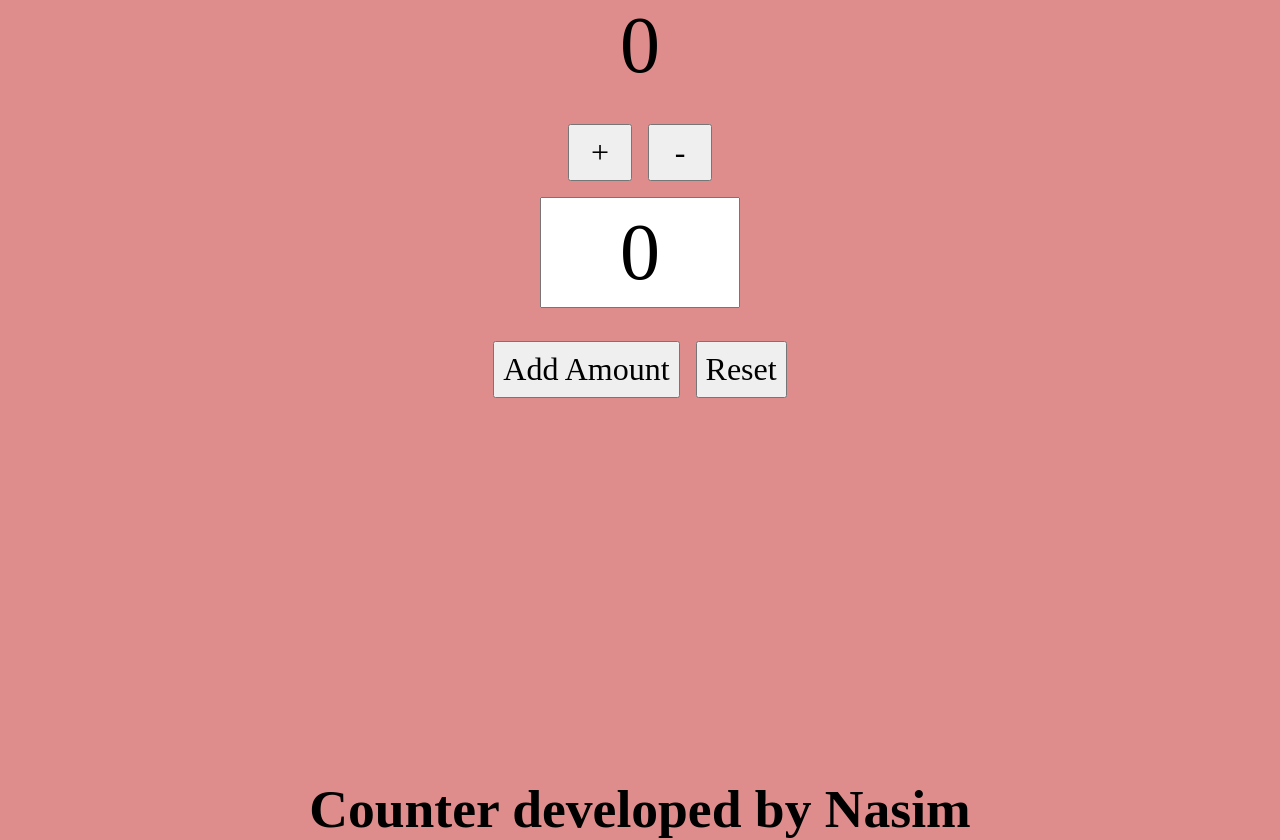
Repository: nasimqureshi/counter-in-redux
Page: /
The author's editor kept a copy of each file at every save. The page is drawn from the files as they stood at one save, then again after the next save.
The browser window is 1280 px wide. The pictures show the whole page.
The project was rebuilt for these pictures with package versions that can differ from the ones it lists, and the page was loaded fresh each time.

Above is the page before, as saved 2024-10-16 23:40:27.

### src/index.js
import React from 'react';
import ReactDOM from 'react-dom';
import './index.css';
import App from './App';
import { store } from './app/store';
import { Provider } from 'react-redux';

ReactDOM.render(
  <React.StrictMode>
    <Provider store={store}>
      <App />
    </Provider>
  </React.StrictMode>,
  document.getElementById('root')
);

### src/index.css
* {
  margin: 0;
  padding: 0;
  box-sizing: border-box;
}

body {
  min-height: 100vh;
  font-size: 5rem;
  display: grid;
  place-content: center;
  background-color: #df8c8c;
}

input,
button {
  font: inherit;
  padding: 0.5rem;
}

section {
  display: flex;
  flex-direction: column;
  justify-content: center;
  align-items: center;
}

input {
  text-align: center;
  max-width: 2.5em;
}

button {
  font-size: 2rem;
  margin: 0.5em 0 0.5em 0.5em;
  min-width: 2em;
}

button:first-child {
  margin-left: 0;
}

### src/App.js

import Counter from "./features/counter/Counter";
function App() {
  return (
    <div className="App">
      <Counter />
    </div>
  );
}

export default App;

### src/app/store.js
import { configureStore } from "@reduxjs/toolkit";
import counterReducer from '../features/counter/counterSlice';

export const store = configureStore({
  reducer: {
    counter: counterReducer,
  }
})

### src/features/counter/Counter.js
import { useSelector, useDispatch } from "react-redux";
import {
    increment,
    decrement,
    reset,
    incrementByAmount
} from './counterSlice';
import { useState } from "react";

const Counter = () => {
    const count = useSelector((state) => state.counter.count);
    const dispatch = useDispatch();

    const [incrementAmount, setIncrementAmount] = useState(0);

    const addValue = Number(incrementAmount) || 0;

    const resetAll = () => {
        setIncrementAmount(0);
        dispatch(reset());
    }

    return (
        <section>
            <p>{count}</p>
            <div>
                <button onClick={() => dispatch(increment())}>+</button>
                <button onClick={() => dispatch(decrement())}>-</button>
            </div>

            <input
                type="text"
                value={incrementAmount}
                onChange={(e) => setIncrementAmount(e.target.value)}
            />

            <div>
                <button onClick={() => dispatch(incrementByAmount(addValue))}>Add Amount</button>
                <button onClick={resetAll}>Reset</button>
                </div>

                <br />
                <br />
                <br />
                <br />
                <h6>Counter developed by Nasim</h6>
        </section>
    )
}
export default Counter

### src/features/counter/counterSlice.js
import { createSlice } from '@reduxjs/toolkit'

const initialState = {
  count: 0
}
export const counterSlice = createSlice({
    name:'counter',
    initialState,
    reducers: {
      increment: (state) => {
        state.count += 1;
      },
      decrement: (state) => {
        state.count -= 1;
      },
      reset: (state) => {
        state.count = 0;
      },
      incrementByAmount: (state, action) => {
        state.count += action.payload;
      }
    }
})
export const { increment, decrement, reset, incrementByAmount } = counterSlice.actions;
export default counterSlice.reducer;

Loaded but not shown: public/index.html (common file)

After the next save:
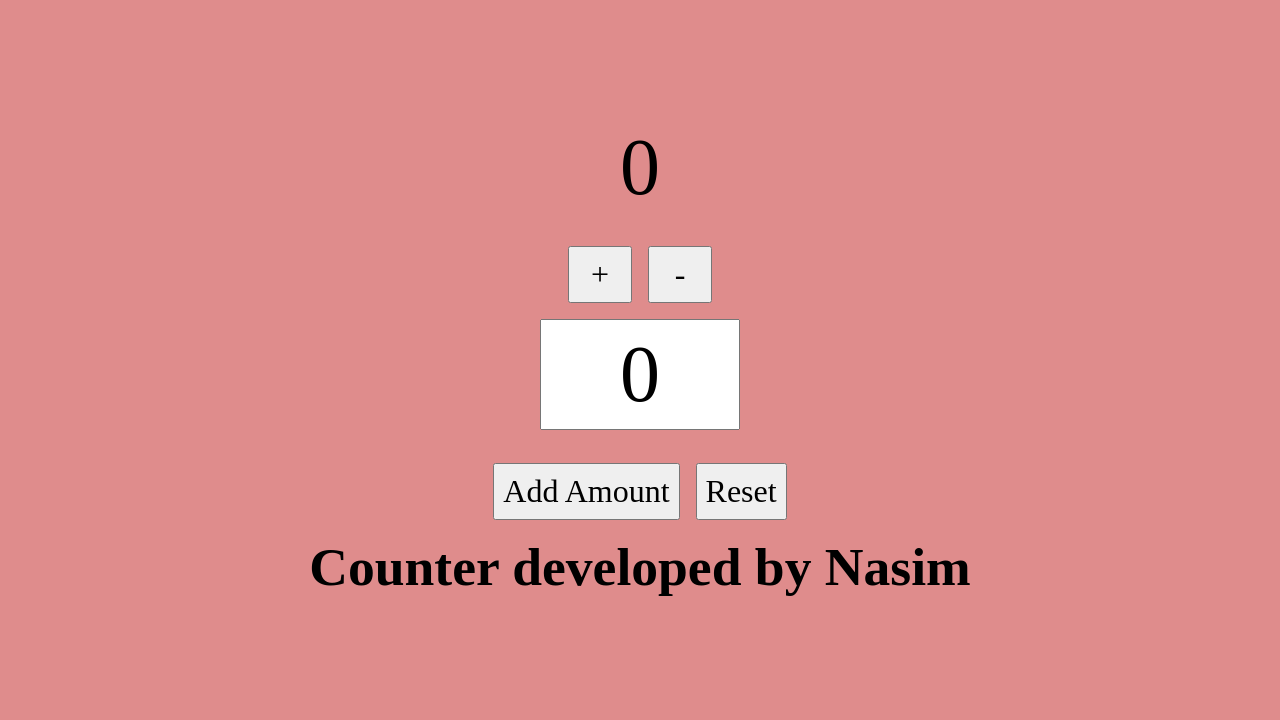
Saved 21 s later.
--- a/src/features/counter/Counter.js
+++ b/src/features/counter/Counter.js
@@ -39,10 +39,7 @@ const Counter = () => {
                 <button onClick={resetAll}>Reset</button>
                 </div>
 
-                <br />
-                <br />
-                <br />
-                <br />
+
                 <h6>Counter developed by Nasim</h6>
         </section>
     )
